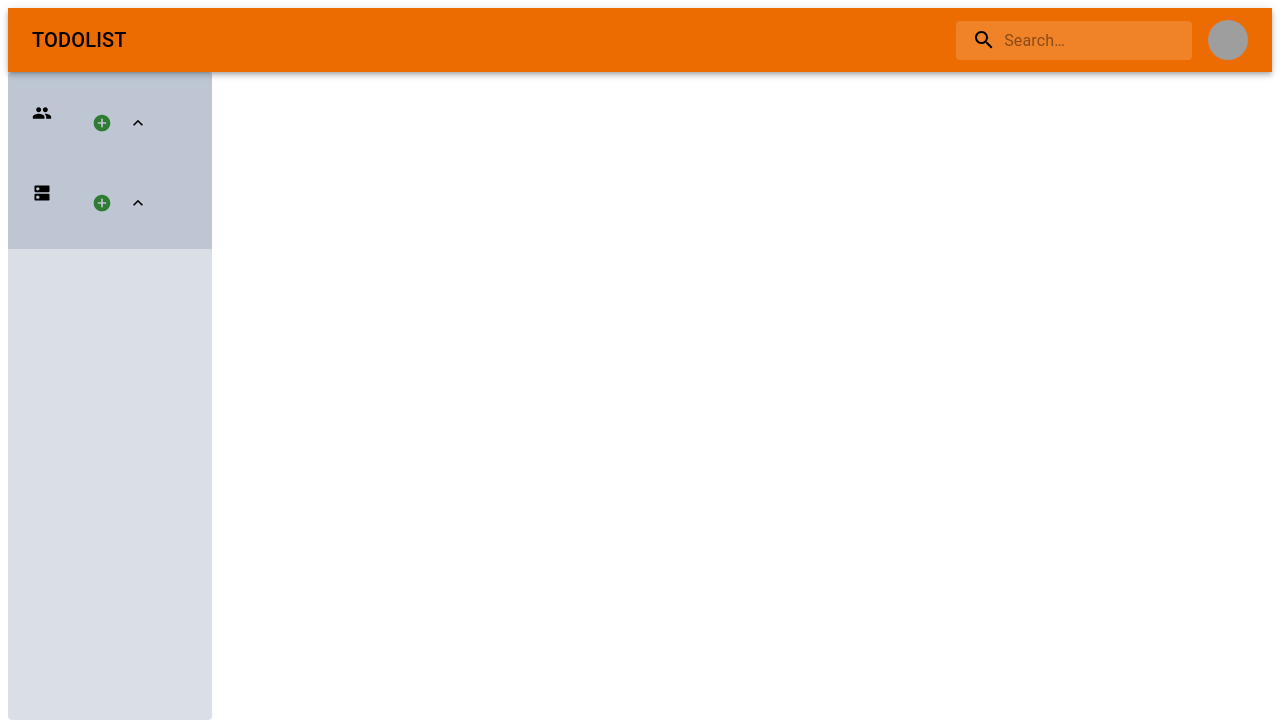
Repository: HrishrathTBS/Trackerbea
Page: / (app in client/)
An editor plug-in stored every save of this project. The page is shown before and after the next save, followed by the edit.
The browser window is 1280 px wide. The pictures show the whole page.
Pictures or frames that could not be fetched are drawn as grey boxes. The project was rebuilt for these pictures with package versions that can differ from the ones it lists, and the page was loaded fresh each time. Also part of the build but not shown: client/src/components/TodoList.js, client/src/components/Board.js, client/src/components/ListOfBar.js, client/src/components/MyTodos.js.

Above is the page before, as saved 2022-03-09 16:58:30.

After the next save:
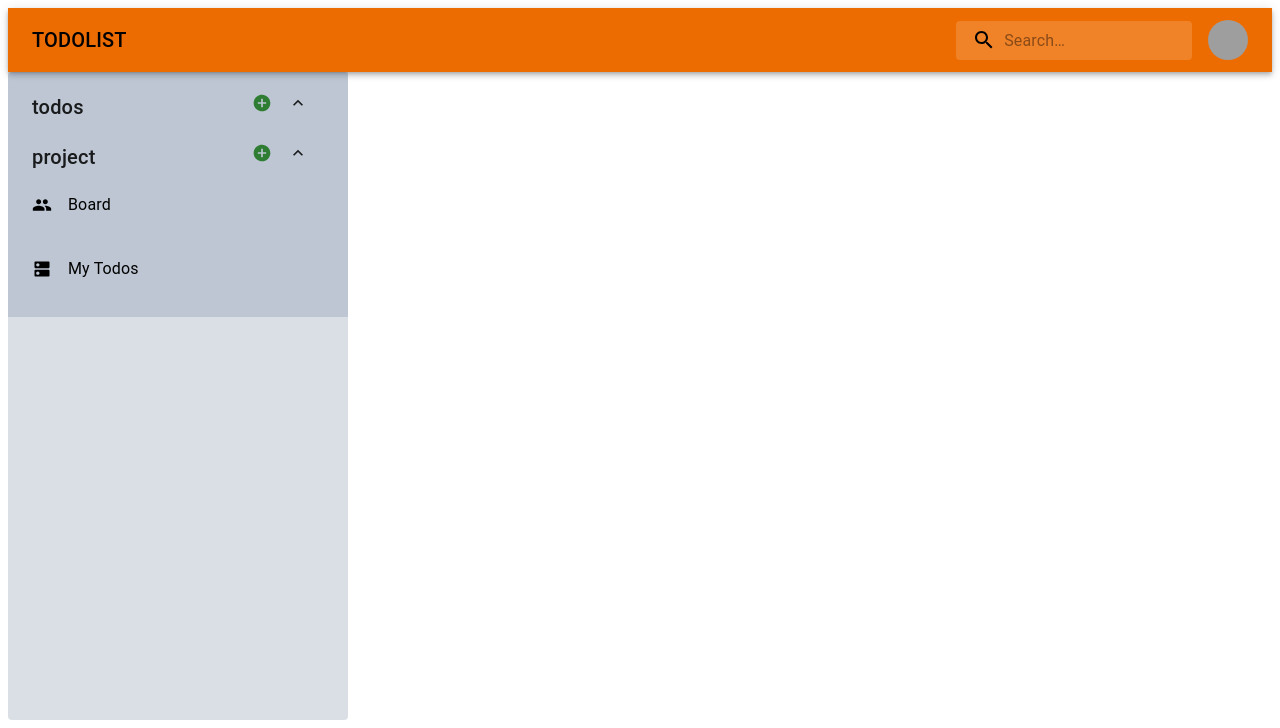
Saved 42 s later.
--- a/client/src/components/SideBar.js
+++ b/client/src/components/SideBar.js
@@ -58,15 +58,16 @@ export default function CustomizedList() {
                 pb: open ? 2 : 0,
               }}
             >
+              <ListItem primary='todos' />
+              <ListItem primary='project' />
               {open &&
                 data.map((item) => (
                   <ListItemButton key={item.label} sx={{ py: 2, minHeight: 32, color: 'rgba(0,0,0,1)', justifyContent: 'flex-start' }}>
                     <ListItemIcon sx={{ color: 'inherit' }}>{item.icon}</ListItemIcon>
                     <ListItemText>
-                      {/* <a href={item.link} style={{ textDecoration: 'none', color: 'black' }}>
+                      <a href={item.link} style={{ textDecoration: 'none', color: 'black' }}>
                         {item.label}
-                      </a> */}
-                      <ListItem href={item.link} label={item.label} />
+                      </a>
                     </ListItemText>
                   </ListItemButton>
                 ))}
